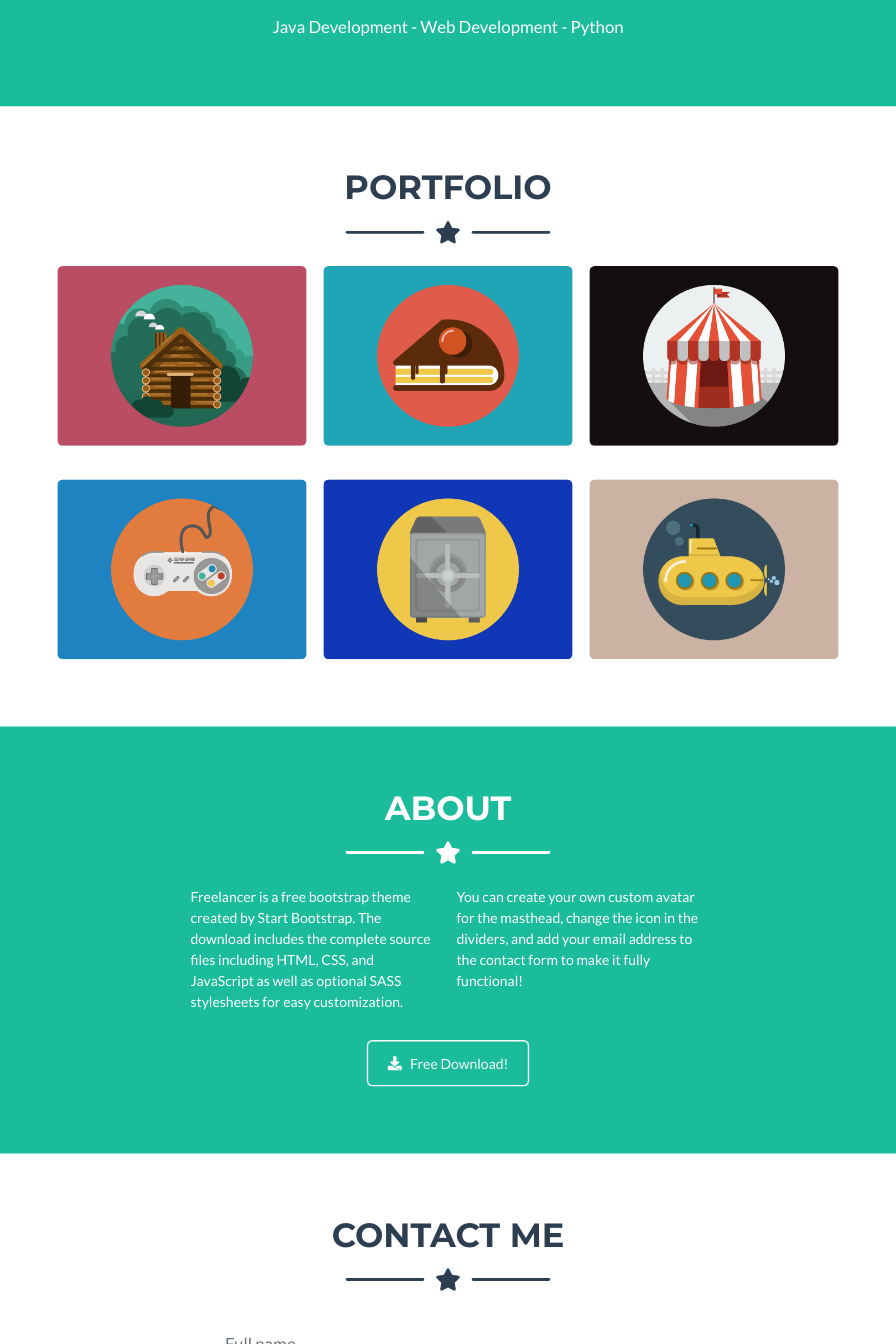
Repository: shivamdattapurkayastha99/examportal-jspservlet
Page: http://localhost/examjsp/
These files come from the project's save history. The page is drawn as it stood at one moment and after the next save; the edit follows.
The browser window is 1280 px wide. The pictures show the part of the page from y = 687 to 2607 px (the page is 3588 px tall before and 3558 px after), at 70% of full size.
The page is served by Tomcat 10.

Above is the page before, as saved 2022-08-17 16:45:07.

After the next save:
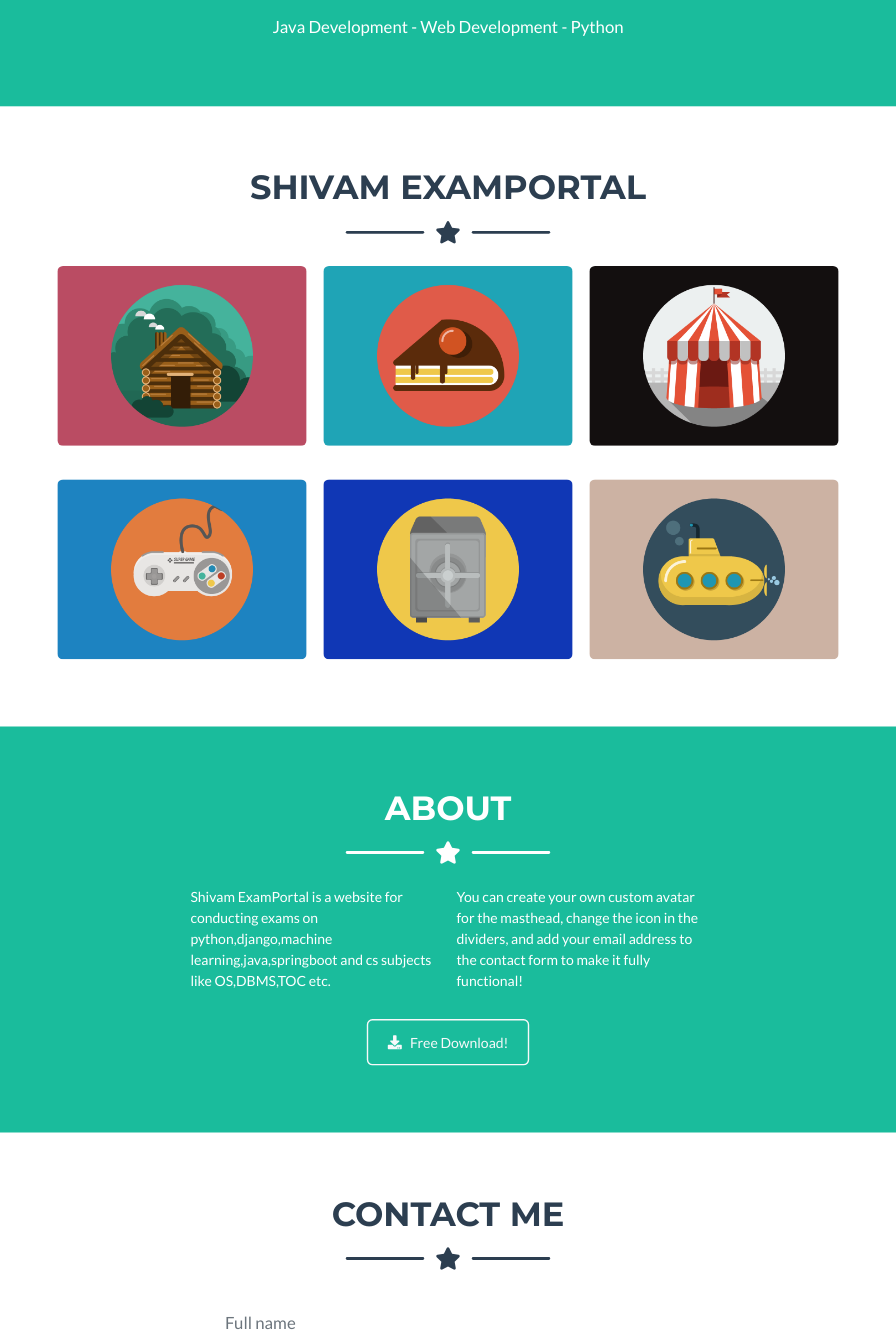
Saved 3 min 36 s later.
--- a/examjsp/src/main/webapp/index.jsp
+++ b/examjsp/src/main/webapp/index.jsp
@@ -77,7 +77,7 @@
 		<div class="container">
 			<!-- Portfolio Section Heading-->
 			<h2
-				class="page-section-heading text-center text-uppercase text-secondary mb-0">Portfolio</h2>
+				class="page-section-heading text-center text-uppercase text-secondary mb-0">Shivam ExamPortal</h2>
 			<!-- Icon Divider-->
 			<div class="divider-custom">
 				<div class="divider-custom-line"></div>
@@ -198,10 +198,7 @@
 			<!-- About Section Content-->
 			<div class="row">
 				<div class="col-lg-4 ms-auto">
-					<p class="lead">Freelancer is a free bootstrap theme created by
-						Start Bootstrap. The download includes the complete source files
-						including HTML, CSS, and JavaScript as well as optional SASS
-						stylesheets for easy customization.</p>
+					<p class="lead">Shivam ExamPortal is a website for conducting exams on python,django,machine learning,java,springboot and cs subjects like OS,DBMS,TOC etc.</p>
 				</div>
 				<div class="col-lg-4 me-auto">
 					<p class="lead">You can create your own custom avatar for the
